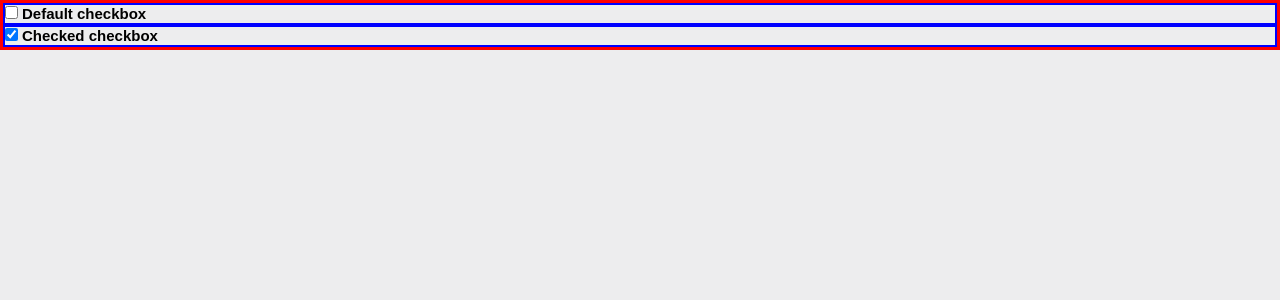
Repository: Grace229/Hasob-form
Page: index.html
An editor plug-in stored every save of this project. The page is shown before and after a run of saves, followed by the edit.
The browser window is 1280 px wide. The pictures show the whole page.

Above is the page before, as saved 2020-12-26 19:28:42.

### index.html
<!DOCTYPE html>
<html lang="en">
<head>
    <meta charset="UTF-8">
    <meta name="viewport" content="width=device-width, initial-scale=1.0">
    <title>Document</title>
    <link rel="stylesheet" href="style.css">
</head>
<body>
    <!-- Default checkbox -->
    <div class="container">
<div class="form-check">
    <input
      class="form-check-input"
      type="checkbox"
      value=""
      id="flexCheckDefault"
    />
    <label class="form-check-label" for="flexCheckDefault">
      Default checkbox
    </label>
  </div>

  <!-- Checked checkbox -->
  <div class="form-check">
    <input
      class="form-check-input"
      type="checkbox"
      value=""
      id="flexCheckChecked"
      checked
    />
    <label class="form-check-label" for="flexCheckChecked">
      Checked checkbox
    </label>
  </div>
</div>
    <!-- <div class="container">
    <div class="mb-3">
        <label for="exampleFormControlInput1" class="form-label">Email address</label>
        <input type="email" class="form-control" id="exampleFormControlInput1" placeholder="name@example.com">
      </div>
      <div class="mb-3">
        <label for="exampleFormControlTextarea1" class="form-label">Example textarea</label>
        <textarea class="form-control" id="exampleFormControlTextarea1" rows="3"></textarea>
      </div>
    </div> -->
    <!-- <form> -->
        <!-- radio button -->
        <!-- <div>
            <label for="">1: Lorem ipsum dolor sit amet consectetur adipisicing elit? </label> <br>
                <input type="radio" name="gender" value="male" class="input" checked> male
                <input type="radio" name="gender" value="male" class="input"> male
                <input type="radio" name="gender" value="male" class="input"> male
                <input type="radio" name="gender" value="male" class="input"> male
        </div> -->
        <!-- dropdown -->
        <!-- <div>
            <label for="">2: Lorem ipsum dolor sit amet consectetur adipisicing elit? </label><br>
               <select name="" id="">
                   <option value="male" class="input">
                    male
                   </option>
                   <option value="male" class="input">
                    male
                   </option>
                   <option value="male" class="input">
                    male
                   </option>
                   <option value="male" class="input">
                    male
                   </option>
               </select>
        </div> -->
        <!-- checkboxes -->
          <!-- <div>
            <label for="">3: Lorem ipsum dolor sit amet consectetur adipisicing elit? </label><br>
               <input type="checkbox" name="gender" value="male" class="input" checked> male
                <input type="checkbox" name="gender" value="male" class="input"> male
                <input type="checkbox" name="gender" value="male" class="input"> male
                <input type="checkbox" name="gender" value="male" class="input"> male
        </div> -->
        <!-- textbox -->
        <!-- <div>
            <label for=""> 4: Email</label> <br>
            <input type="email" name="email" id="">
        </div>
   </form> -->
</body>
</html>

### style.css
*{
    padding: 0;
    margin: 0;
    background-color: rgb(237, 237, 238);
}
label{
    font-size: 15px;
    font-weight: bold;
    font-family: sans-serif;
}
input{
    line-height: 3px;
}
.form-check{
    border: solid 2px blue;
    width: auto;
}
.container{
    border: solid 3px red;
}

After the next 2 saves:
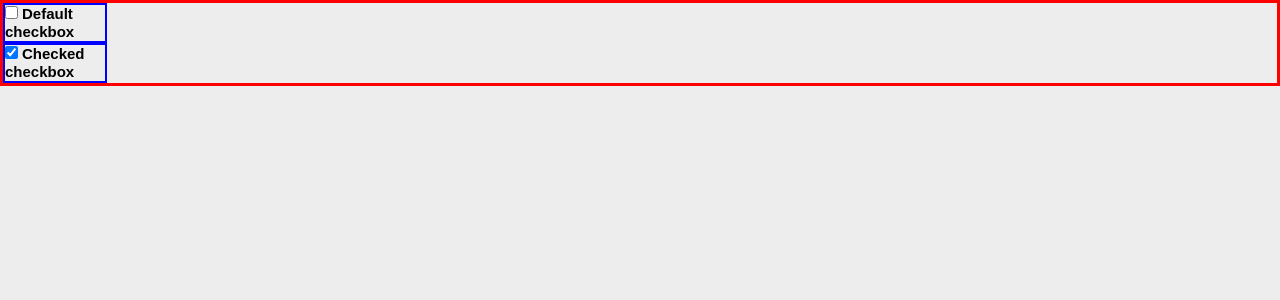
The 2 saves are shown as one change because they came seconds apart.
The last was saved 22 s later.
--- a/style.css
+++ b/style.css
@@ -13,7 +13,7 @@ input{
 }
 .form-check{
     border: solid 2px blue;
-    width: auto;
+    width: 100px;
 }
 .container{
     border: solid 3px red;
